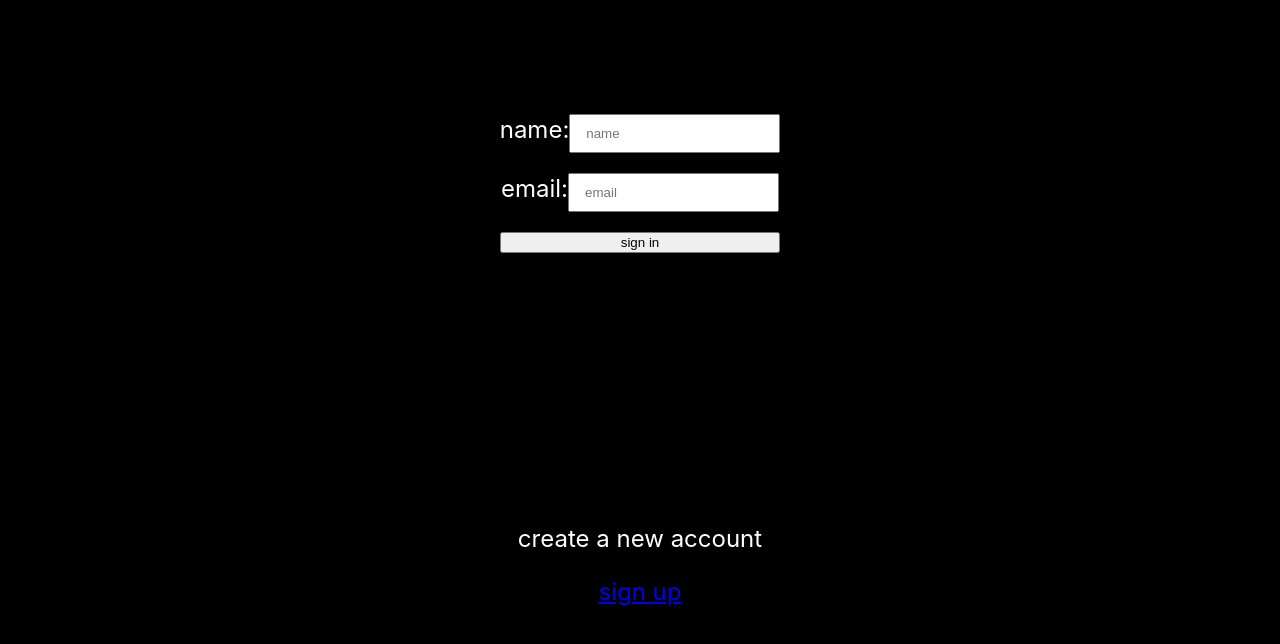
Repository: romAtam/5778
Page: /signin
An editor plug-in stored every save of this project. The page is shown before and after the next save, followed by the edit.
The browser window is 1280 px wide. The pictures show the whole page.
The project was rebuilt for these pictures with package versions that can differ from the ones it lists, and the page was loaded fresh each time. Also part of the build but not shown: src/Pages/Home.js, src/Pages/Game.js, src/Pages/Web.js, src/Pages/Team.js, src/Pages/User.js, src/Pages/Register.js.

Above is the page before, as saved 2021-12-11 22:17:06.

### src/index.js
import React from 'react';
import ReactDOM from 'react-dom';
import './index.css';
import App from './App';

import {BrowserRouter as Router} from "react-router-dom"
ReactDOM.render(
  <React.StrictMode>
    <Router>
       <App />
    </Router>

  </React.StrictMode>,
  document.getElementById('root')
);

### src/App.js

import './App.css';
import Nav from './Nav'
import {Routes,Route,useParams} from "react-router-dom"
import Home from "./Pages/Home"
import Game from "./Pages/Game"
import Web from "./Pages/Web"
import Team from "./Pages/Team"
import Signin from "./Pages/Signin"
import User from "./Pages/User"
import Register from "./Pages/Register"
function App() {
  return (
    <div className="App">
<Nav/>
<Routes>
  <Route path="/" element={<Home/>}/>
  <Route path="/game" element={<Game/>}/>
  <Route path="/web" element={<Web/>}/>
  <Route path="/team" element={<Team/>}>
      <Route path=":id" element={<User/>}/>
  </Route>

  <Route path="/signin" element={<Signin/>}/>
  <Route path="/register" element={<Register/>}/>
</Routes>



    </div>
  );
}




export default App;

### src/Nav.js
import React from 'react'
import{Link} from "react-router-dom"
import styled from "styled-components"

const NavContainer=styled.div`
display: grid;
grid-gap:20px;
justify-content:center;
align-items:center;
height:80px;
font-size:1.5rem;
padding:1rem 2rem;
border-bottom: 1px solid #000;
grid-template-columns: repeat(5,minmax(100px,200px));
@media (max-width: 768px){
    grid-template-columns: 1fr;
    height:100vh;
    max-height:800px ;
}

`
const Nav = () => {



    return (
        <NavContainer>
               <Link to="/">home</Link>
               <Link to="/web">web dev</Link>
               <Link to="/game">game dev</Link>
               <Link to="/team">team</Link>
               <Link to="/signin">sign in</Link>
        </NavContainer>
    )
}

export default Nav

### src/Pages/Signin.js
import React from 'react'
import {Link} from "react-router-dom"
import styled from "styled-components"
const FormWrapper=styled.div`
position:fixed;
top:0;
bottom:0;
right:0;
left:0;
width:100vw;
height:100vh;
background-color:black;
z-index:1;
display:grid;
grid-gap:20px;
justify-content:center;
align-items:center;
color:white;

`
const Form=styled.form`
font-size:1.5rem;
display:grid ;
grid-gap:20px;
justify-content:center;
align-items:center;

`
const Registdiv=styled.div`
display:grid;
font-size:1.5rem;
justify-content:center;
align-items:center;
`
const Input=styled.input`
padding:10px 15px;

`


const Signin = () => {
    return (
        <FormWrapper>
            <Form action="">
                <div>
                      <label htmlFor="name">name:</label>
                 <Input type="text" placeholder="name"/>
                </div>
              <div>
                   <label htmlFor="email">email:</label>
 <Input type="email" placeholder="email"/>
              </div>

 <button type="submit">sign in</button>

            </Form>
            <Registdiv>
                <p>create a new account</p>
 <Link to="/register">sign up</Link>
            </Registdiv>

        </FormWrapper>
    )
}

export default Signin

Loaded but not shown: public/index.html (common file); src/index.css (common file); src/App.css (common file)

After the next save:
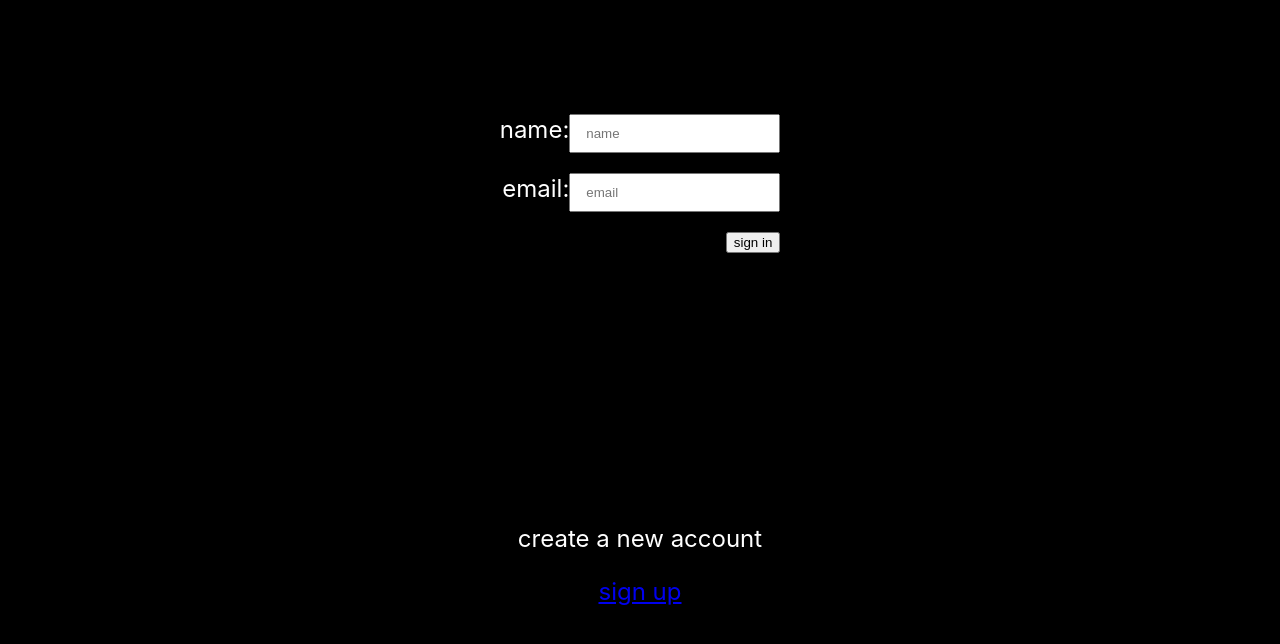
Saved 44 s later.
--- a/src/Pages/Signin.js
+++ b/src/Pages/Signin.js
@@ -24,6 +24,7 @@
 grid-gap:20px;
 justify-content:center;
 align-items:center;
+justify-items:end;
 
 `
 const Registdiv=styled.div`

After the save that followed:
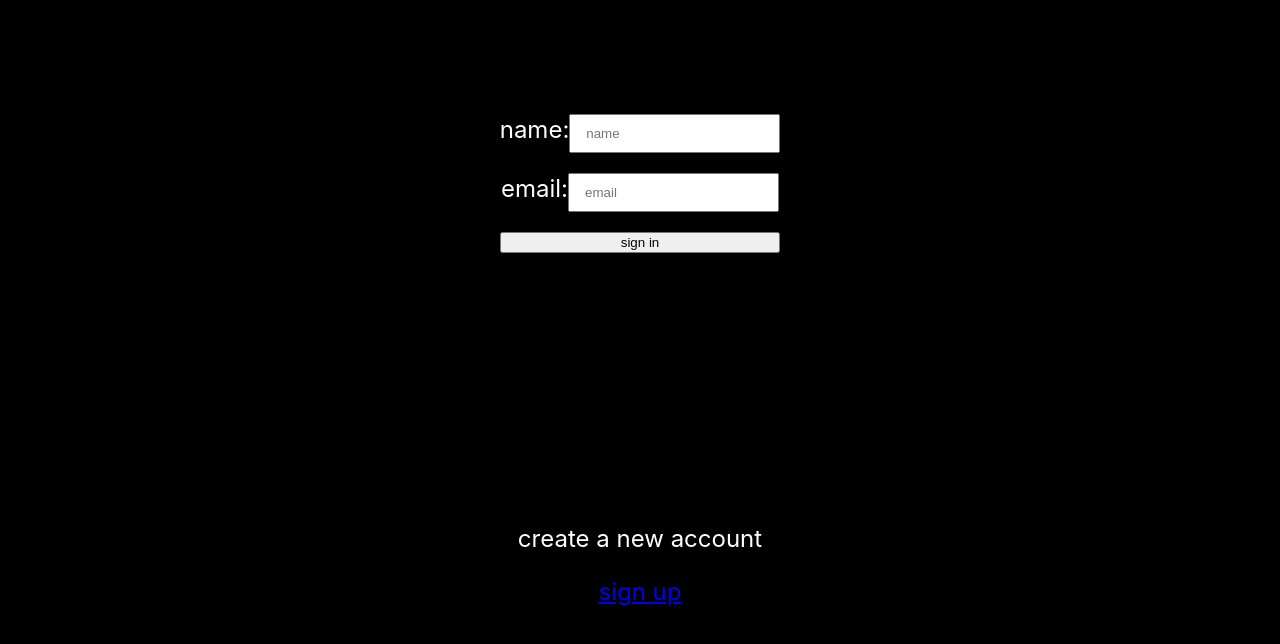
Saved 16 s later.
--- a/src/Pages/Signin.js
+++ b/src/Pages/Signin.js
@@ -24,7 +24,7 @@
 grid-gap:20px;
 justify-content:center;
 align-items:center;
-justify-items:end;
+
 
 `
 const Registdiv=styled.div`
